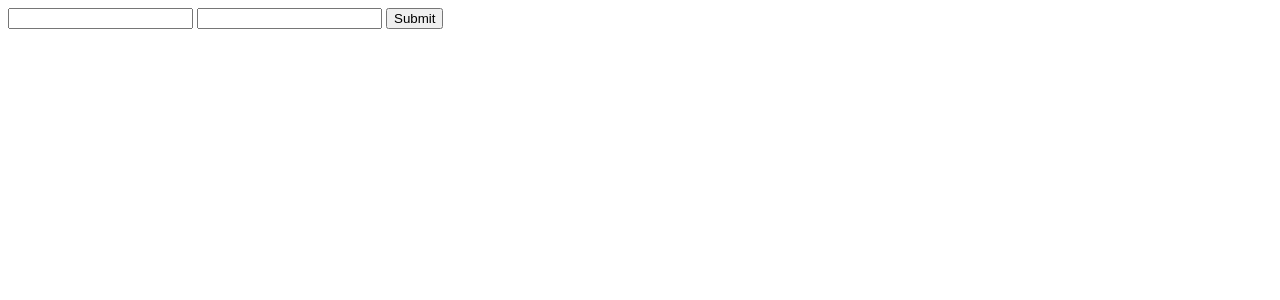
Repository: I-Wumbo/CST-126
Page: activity1/register.html
The author's editor kept a copy of each file at every save. The page is drawn from the files as they stood at one save, then again after the next save.
The browser window is 1280 px wide. The pictures show the whole page.

Above is the page before, as saved 2019-03-03 18:53:19.

### activity1/register.html
<!DOCTYPE html>
<html>
<head>
<meta charset="UTF-8">
<title>Registration From</title>
</head>
<body>
	<form action="/pageHandler.php" method="post">
		<input type="text" name="firstname">
		<input type="text" name="lastname">
		<input type="submit">

	</form>
</body>
</html>

After the next save:
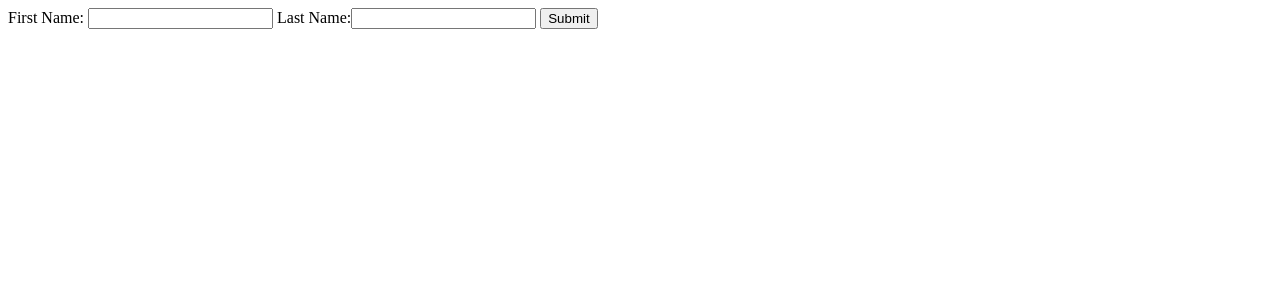
Saved 19 min 7 s later.
--- a/activity1/register.html
+++ b/activity1/register.html
@@ -6,8 +6,8 @@
 </head>
 <body>
 	<form action="/pageHandler.php" method="post">
-		<input type="text" name="firstname">
-		<input type="text" name="lastname">
+		First Name: <input type="text" name="firstname">
+		Last Name:<input type="text" name="lastname">
 		<input type="submit">
 
 	</form>
